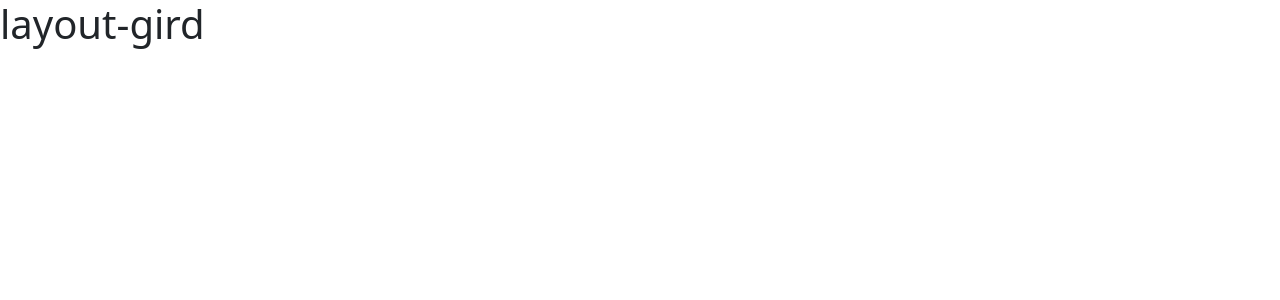
Repository: cvTuananh/Wed-famework
Page: lab05/demo5.html
The author's editor kept a copy of each file at every save. The page is drawn from the files as they stood at one save, then again after the next save.
The browser window is 1280 px wide. The pictures show the whole page.

Above is the page before, as saved 2021-09-30 20:06:05.

After the next save:
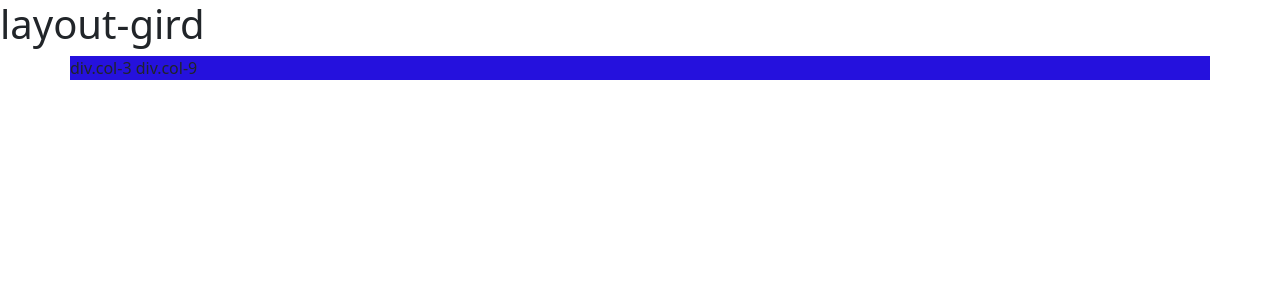
Saved 2 min 38 s later.
--- a/lab05/demo5.html
+++ b/lab05/demo5.html
@@ -23,7 +23,9 @@
 <body>
     <h1>layout-gird</h1>
     <div class="container">
-
+        <div class="row">
+            div.col-3 div.col-9
+        </div>
     </div>
 
     <script src="https://cdn.jsdelivr.net/npm/bootstrap@5.1.1/dist/js/bootstrap.bundle.min.js" integrity="sha384-/bQdsTh/da6pkI1MST/rWKFNjaCP5gBSY4sEBT38Q/9RBh9AH40zEOg7Hlq2THRZ" crossorigin="anonymous"></script>

After the save that followed:
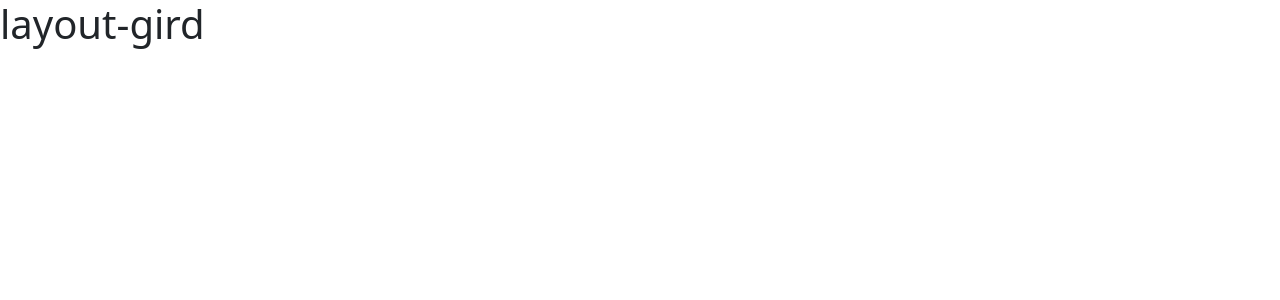
Saved 16 s later.
--- a/lab05/demo5.html
+++ b/lab05/demo5.html
@@ -24,7 +24,7 @@
     <h1>layout-gird</h1>
     <div class="container">
         <div class="row">
-            div.col-3 div.col-9
+            <div class="col-3"></div>
         </div>
     </div>
 
